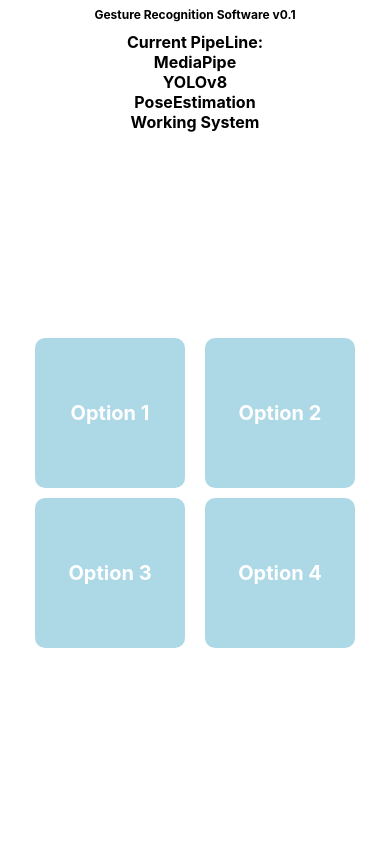
Repository: hajin-park/V-QUIP
Page: / (app in frontend/react-native-app/)
An editor plug-in stored every save of this project. The page is shown before and after a run of saves, followed by the edit.
The browser window is 390 px wide. The pictures show the whole page.
The app was drawn by React Native's web renderer in a window 390 px wide. The project was rebuilt for these pictures with package versions that can differ from the ones it lists, and the page was loaded fresh each time.

Above is the page before, as saved 2024-03-29 13:09:33.

After the next 2 saves:
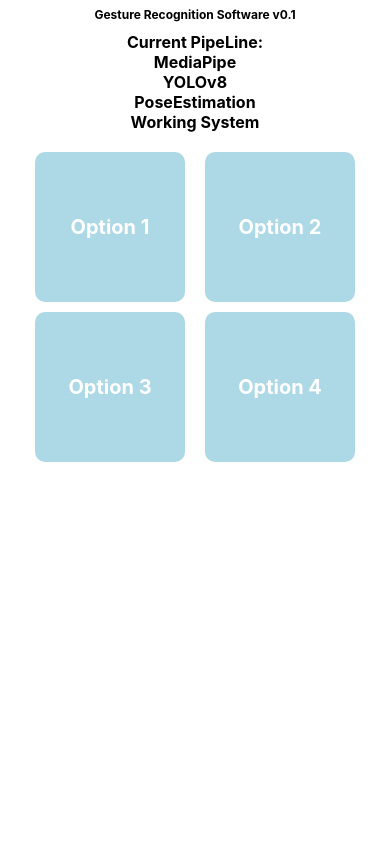
The 2 saves are shown as one change because they came seconds apart.
The last was saved 7 s later.
--- a/frontend/react-native-app/App.js
+++ b/frontend/react-native-app/App.js
@@ -63,8 +63,8 @@ const styles = StyleSheet.create({
   },
   content: {
     flex: 1,
-    //alignItems: 'center',
-    justifyContent: 'center',
+    alignItems: 'center',
+    //justifyContent: 'center',
   },
   row: {
     flexDirection: 'row',
